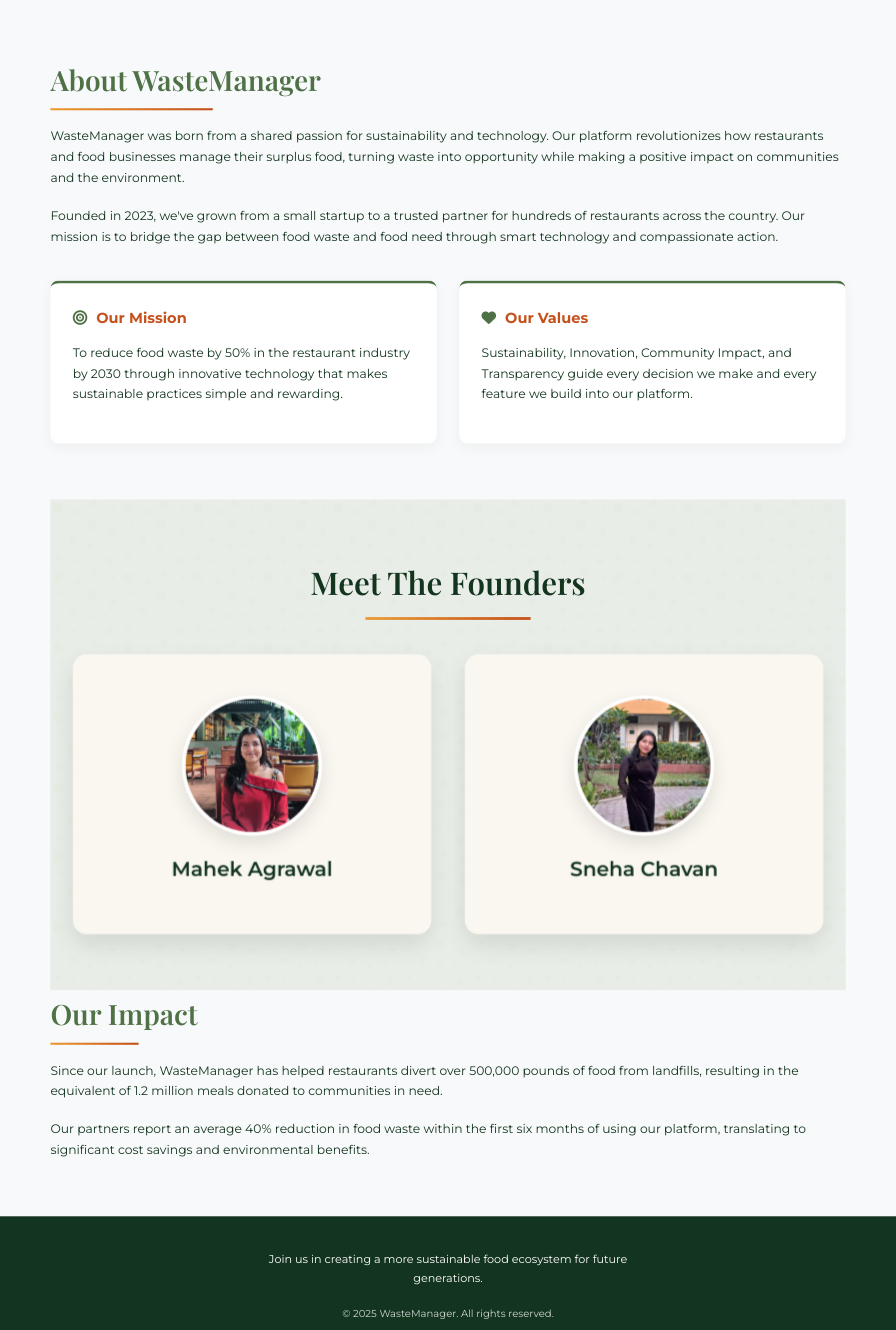
Repository: mahekagrawal25/restaurant-waste-management
Page: frontend/aboutus.html
The author's editor kept a copy of each file at every save. The page is drawn from the files as they stood at one save, then again after a run of saves.
The browser window is 1280 px wide. The pictures show the part of the page from y = 441 to 2341 px (the page is 2402 px tall), at 70% of full size.

Above is the page before, as saved 2025-04-26 12:48:49.

### frontend/aboutus.html
<!DOCTYPE html>
<html lang="en">
<head>
  <meta charset="UTF-8">
  <meta name="viewport" content="width=device-width, initial-scale=1.0">
  <title>About Us | WasteManager</title>
  <link href="https://fonts.googleapis.com/css2?family=Montserrat:wght@300;400;500;600;700&family=Playfair+Display:wght@400;500;600&display=swap" rel="stylesheet">
  <link rel="stylesheet" href="https://cdnjs.cloudflare.com/ajax/libs/font-awesome/6.4.0/css/all.min.css">
  <style>
    :root {
      --dark-green: #13341E;
      --fern-green: #4E7145;
      --gamboge: #EB9C35;
      --sinopia: #C4501B;
      --light-bg: #F8F9FA;
      --transition: all 0.4s cubic-bezier(0.16, 1, 0.3, 1);
    }

    * {
      margin: 0;
      padding: 0;
      box-sizing: border-box;
    }

    body {
      font-family: 'Montserrat', sans-serif;
      background-color: var(--light-bg);
      color: var(--dark-green);
      line-height: 1.7;
    }

    header {
      background-color: var(--dark-green);
      color: white;
      padding: 1.5rem 3rem;
      display: flex;
      justify-content: space-between;
      align-items: center;
      box-shadow: 0 4px 12px rgba(19, 52, 30, 0.1);
    }

    .logo {
      font-family: 'Playfair Display', serif;
      font-size: 1.8rem;
      font-weight: 600;
      letter-spacing: 1px;
    }

    nav a {
      color: white;
      text-decoration: none;
      margin-left: 2rem;
      font-weight: 500;
      transition: var(--transition);
      position: relative;
    }

    nav a:hover {
      color: var(--gamboge);
    }

    nav a::after {
      content: '';
      position: absolute;
      width: 0;
      height: 2px;
      bottom: -5px;
      left: 0;
      background-color: var(--gamboge);
      transition: var(--transition);
    }

    nav a:hover::after {
      width: 100%;
    }

    .hero-about {
      background: linear-gradient(135deg, rgba(78, 113, 69, 0.9) 0%, rgba(19, 52, 30, 0.9) 100%),
                  url('https://images.unsplash.com/photo-1606787366850-de6330128bfc') center/cover;
      color: white;
      padding: 6rem 2rem;
      text-align: center;
    }

    .hero-about h1 {
      font-family: 'Playfair Display', serif;
      font-size: 3.5rem;
      margin-bottom: 1.5rem;
      font-weight: 600;
    }

    .hero-about p {
      max-width: 800px;
      margin: 0 auto;
      font-size: 1.2rem;
      opacity: 0.9;
    }

    .about-content {
      max-width: 1200px;
      margin: 5rem auto;
      padding: 0 2rem;
    }

    .about-section {
      margin-bottom: 5rem;
    }

    .about-section h2 {
      font-family: 'Playfair Display', serif;
      font-size: 2.5rem;
      margin-bottom: 2rem;
      color: var(--fern-green);
      position: relative;
      display: inline-block;
    }

    .about-section h2::after {
      content: '';
      position: absolute;
      width: 60%;
      height: 3px;
      bottom: -10px;
      left: 0;
      background: linear-gradient(90deg, var(--gamboge), var(--sinopia));
    }

    .about-section p {
      margin-bottom: 1.5rem;
      font-size: 1.1rem;
    }

    .founders-section {
      background-color: #E8EDE7; /* New light background color */
      padding: 5rem 2rem;
      position: relative;
      overflow: hidden;
    }

    .founders-section::before {
      content: '';
      position: absolute;
      top: 0;
      left: 0;
      width: 100%;
      height: 100%;
      background: url("data:[embedded picture, 1230 characters]");
      opacity: 0.3;
      z-index: 0;
    }

    .founders-container {
      max-width: 1200px;
      margin: 0 auto;
      position: relative;
      z-index: 1;
    }

    .founders-header {
      text-align: center;
      margin-bottom: 4rem;
    }

    .founders-header h2 {
      font-family: 'Playfair Display', serif;
      font-size: 2.8rem;
      color: var(--dark-green);
      position: relative;
      display: inline-block;
    }

    .founders-header h2::after {
      content: '';
      position: absolute;
      width: 60%;
      height: 4px;
      bottom: -15px;
      left: 20%;
      background: linear-gradient(90deg, var(--gamboge), var(--sinopia));
    }

    .founders-grid {
      display: grid;
      grid-template-columns: repeat(auto-fit, minmax(300px, 1fr));
      gap: 3rem;
      align-items: center;
    }

    .founder-card {
      position: relative;
      height: 400px;
      perspective: 1000px;
    }

    .founder-inner {
      position: relative;
      width: 100%;
      height: 100%;
      transition: transform 0.8s;
      transform-style: preserve-3d;
    }

    .founder-card:hover .founder-inner {
      transform: rotateY(180deg);
    }

    .founder-front, .founder-back {
      position: absolute;
      width: 100%;
      height: 100%;
      backface-visibility: hidden;
      border-radius: 20px;
      overflow: hidden;
      box-shadow: 0 15px 35px rgba(0,0,0,0.1);
    }

    .founder-front {
      background-color: #F9F7F0;
      display: flex;
      flex-direction: column;
      align-items: center;
      justify-content: center;
      padding: 2rem;
    }

    .founder-photo {
      width: 200px;
      height: 200px;
      border-radius: 50%;
      object-fit: cover;
      border: 5px solid white;
      box-shadow: 0 10px 25px rgba(0,0,0,0.1);
      margin-bottom: 1.5rem;
    }

    .founder-name {
      font-size: 1.8rem;
      color: var(--dark-green);
      font-weight: 600;
      margin-bottom: 0.5rem;
    }

    .founder-back {
      background: linear-gradient(135deg, var(--fern-green) 0%, var(--dark-green) 100%);
      transform: rotateY(180deg);
      display: flex;
      align-items: center;
      justify-content: center;
      padding: 2rem;
    }

    .founder-quote {
      color: white;
      font-size: 1.2rem;
      font-style: italic;
      text-align: center;
      line-height: 1.6;
    }

    .founder-quote::before,
    .founder-quote::after {
      content: '"';
      font-size: 2rem;
      color: var(--gamboge);
      line-height: 0;
    }

    .mission-values {
      display: flex;
      flex-wrap: wrap;
      gap: 2rem;
      margin-top: 3rem;
    }

    .value-card {
      flex: 1 1 300px;
      background: white;
      padding: 2rem;
      border-radius: 12px;
      box-shadow: 0 5px 20px rgba(0, 0, 0, 0.05);
      border-top: 4px solid var(--fern-green);
    }

    .value-card h3 {
      font-size: 1.3rem;
      margin-bottom: 1rem;
      color: var(--sinopia);
      display: flex;
      align-items: center;
      gap: 0.8rem;
    }

    .value-card h3 i {
      color: var(--fern-green);
    }

    footer {
      background-color: var(--dark-green);
      color: white;
      text-align: center;
      padding: 3rem 1rem;
      margin-top: 5rem;
    }

    footer p {
      max-width: 600px;
      margin: 0 auto 1.5rem;
    }

    .footer-links {
      display: flex;
      justify-content: center;
      gap: 2rem;
      margin-bottom: 2rem;
    }

    .footer-links a {
      color: white;
      text-decoration: none;
      transition: var(--transition);
    }

    .footer-links a:hover {
      color: var(--gamboge);
    }

    .signin-btn {
      background-color: var(--gamboge);
      padding: 0.7rem 1.8rem;
      border-radius: 50px;
      font-weight: 600;
      color: var(--dark-green);
      transition: var(--transition);
      margin-left: 1.5rem;
      border: none;
      cursor: pointer;
      font-size: 0.95rem;
      box-shadow: 0 4px 15px rgba(235, 156, 53, 0.3);
    }

    .signin-btn:hover {
      background-color: white;
      transform: translateY(-2px);
      box-shadow: 0 6px 20px rgba(235, 156, 53, 0.4);
    }

    .copyright {
      font-size: 0.9rem;
      opacity: 0.8;
    }

    @media (max-width: 768px) {
      header {
        flex-direction: column;
        padding: 1.5rem;
      }

      nav {
        margin-top: 1.5rem;
      }

      nav a {
        margin: 0 1rem;
      }

      .hero-about h1 {
        font-size: 2.5rem;
      }

      .hero-about p {
        font-size: 1rem;
      }

      .about-section h2 {
        font-size: 2rem;
      }

      .founders {
        gap: 2rem;
      }
    }
  </style>
</head>
<body>
  <header>
    <div class="logo">WasteRo</div>
    <nav>
      <a href="website_landing.html">Home</a>
      <a href="index.html" class="signin-btn">Sign In</a>
    </nav>
  </header>

  <section class="hero-about">
    <h1>Our Story</h1>
    <p>Transforming food waste management through innovation and sustainability</p>
  </section>

  <div class="about-content">
    <section class="about-section">
      <h2>About WasteManager</h2>
      <p>WasteManager was born from a shared passion for sustainability and technology. Our platform revolutionizes how restaurants and food businesses manage their surplus food, turning waste into opportunity while making a positive impact on communities and the environment.</p>
      <p>Founded in 2023, we've grown from a small startup to a trusted partner for hundreds of restaurants across the country. Our mission is to bridge the gap between food waste and food need through smart technology and compassionate action.</p>

      <div class="mission-values">
        <div class="value-card">
          <h3><i class="fas fa-bullseye"></i> Our Mission</h3>
          <p>To reduce food waste by 50% in the restaurant industry by 2030 through innovative technology that makes sustainable practices simple and rewarding.</p>
        </div>
        <div class="value-card">
          <h3><i class="fas fa-heart"></i> Our Values</h3>
          <p>Sustainability, Innovation, Community Impact, and Transparency guide every decision we make and every feature we build into our platform.</p>
        </div>
      </div>
    </section>

    <section class="founders-section" id="founders">
        <div class="founders-container">
          <div class="founders-header">
            <h2>Meet The Founders</h2>
          </div>

          <div class="founders-grid">
            <div class="founder-card">
              <div class="founder-inner">
                <div class="founder-front">
                  <img src="/frontend/images/Mahek.jpg" alt="Alex Johnson" class="founder-photo">
                  <h3 class="founder-name">Mahek Agrawal</h3>
                </div>
                <div class="founder-back">
                  <p class="founder-quote">Innovating for a sustainable future through technology</p>
                </div>
              </div>
            </div>

            <div class="founder-card">
              <div class="founder-inner">
                <div class="founder-front">
                  <img src="/frontend/images/sneha.jpg" alt="Sarah Chen" class="founder-photo">
                  <h3 class="founder-name">Sneha Chavan</h3>
                </div>
                <div class="founder-back">
                  <p class="founder-quote">Turning food waste into community opportunities</p>
                </div>
              </div>
            </div>
          </div>
        </div>
      </section>

    <section class="about-section">
      <h2>Our Impact</h2>
      <p>Since our launch, WasteManager has helped restaurants divert over 500,000 pounds of food from landfills, resulting in the equivalent of 1.2 million meals donated to communities in need.</p>
      <p>Our partners report an average 40% reduction in food waste within the first six months of using our platform, translating to significant cost savings and environmental benefits.</p>
    </section>
  </div>

  <footer>

    <p>Join us in creating a more sustainable food ecosystem for future generations.</p>
    <p class="copyright">&copy; 2025 WasteManager. All rights reserved.</p>
  </footer>
</body>
</html>

After the next 2 saves:
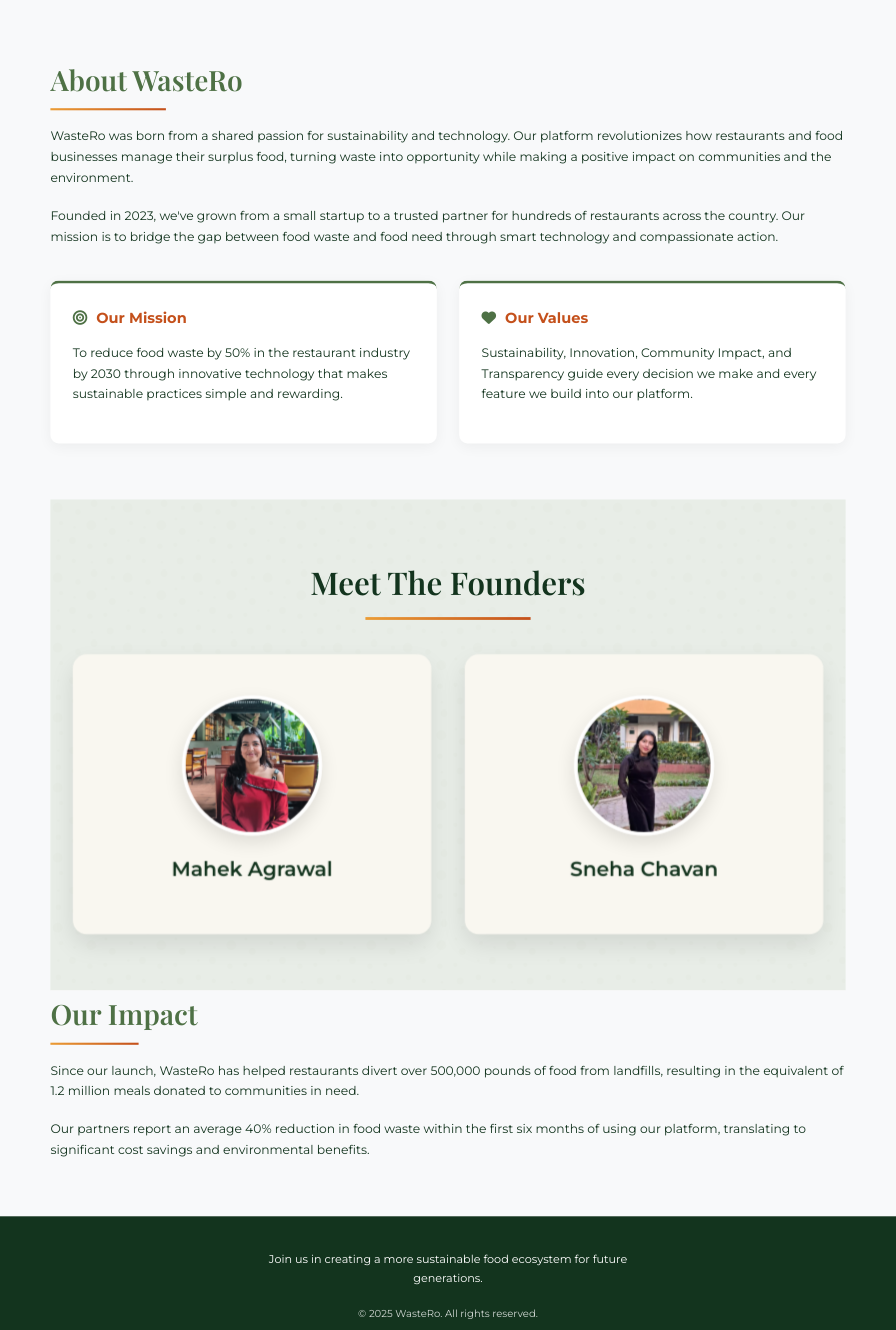
The 2 saves are shown as one change because they came seconds apart.
The last was saved 78 s later.
--- a/frontend/aboutus.html
+++ b/frontend/aboutus.html
@@ -3,7 +3,7 @@
 <head>
   <meta charset="UTF-8">
   <meta name="viewport" content="width=device-width, initial-scale=1.0">
-  <title>About Us | WasteManager</title>
+  <title>About Us | WasteRo</title>
   <link href="https://fonts.googleapis.com/css2?family=Montserrat:wght@300;400;500;600;700&family=Playfair+Display:wght@400;500;600&display=swap" rel="stylesheet">
   <link rel="stylesheet" href="https://cdnjs.cloudflare.com/ajax/libs/font-awesome/6.4.0/css/all.min.css">
   <style>
@@ -397,8 +397,8 @@
 
   <div class="about-content">
     <section class="about-section">
-      <h2>About WasteManager</h2>
-      <p>WasteManager was born from a shared passion for sustainability and technology. Our platform revolutionizes how restaurants and food businesses manage their surplus food, turning waste into opportunity while making a positive impact on communities and the environment.</p>
+      <h2>About WasteRo</h2>
+      <p>WasteRo was born from a shared passion for sustainability and technology. Our platform revolutionizes how restaurants and food businesses manage their surplus food, turning waste into opportunity while making a positive impact on communities and the environment.</p>
       <p>Founded in 2023, we've grown from a small startup to a trusted partner for hundreds of restaurants across the country. Our mission is to bridge the gap between food waste and food need through smart technology and compassionate action.</p>
 
       <div class="mission-values">
@@ -449,7 +449,7 @@
 
     <section class="about-section">
       <h2>Our Impact</h2>
-      <p>Since our launch, WasteManager has helped restaurants divert over 500,000 pounds of food from landfills, resulting in the equivalent of 1.2 million meals donated to communities in need.</p>
+      <p>Since our launch, WasteRo has helped restaurants divert over 500,000 pounds of food from landfills, resulting in the equivalent of 1.2 million meals donated to communities in need.</p>
       <p>Our partners report an average 40% reduction in food waste within the first six months of using our platform, translating to significant cost savings and environmental benefits.</p>
     </section>
   </div>
@@ -457,7 +457,7 @@
   <footer>
 
     <p>Join us in creating a more sustainable food ecosystem for future generations.</p>
-    <p class="copyright">&copy; 2025 WasteManager. All rights reserved.</p>
+    <p class="copyright">&copy; 2025 WasteRo. All rights reserved.</p>
   </footer>
 </body>
 </html>
